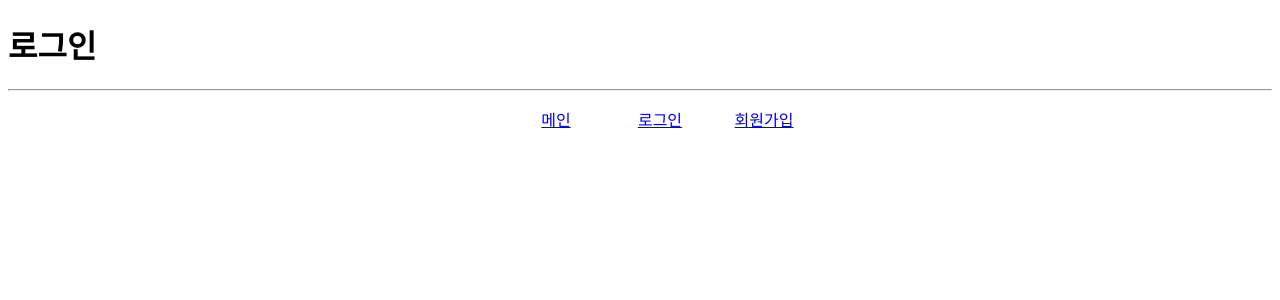
Repository: leesangbok/jsp-work
Page: http://localhost/cos/login.jsp
The author's editor kept a copy of each file at every save. The page is drawn from the files as they stood at one save, then again after the next save.
The browser window is 1280 px wide. The pictures show the whole page.
The page is served by Tomcat 9.

Above is the page before, as saved 2020-08-22 05:39:14.

After the next save:
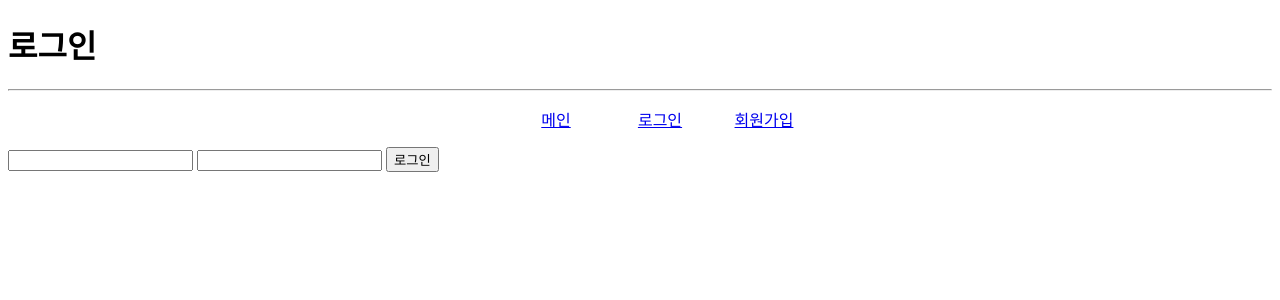
Saved 27 min 13 s later.
--- a/cos/WebContent/login.jsp
+++ b/cos/WebContent/login.jsp
@@ -19,5 +19,11 @@
 		<li><a href="login.jsp" title="">로그인</a></li>
 		<li><a href="join.jsp" title="">회원가입</a></li>
 	</ul>
+
+	<form>
+		<input type="text" name="username" />
+		<input type="password" name="password" />
+		<button>로그인</button>
+	</form>
 </body>
 </html>
